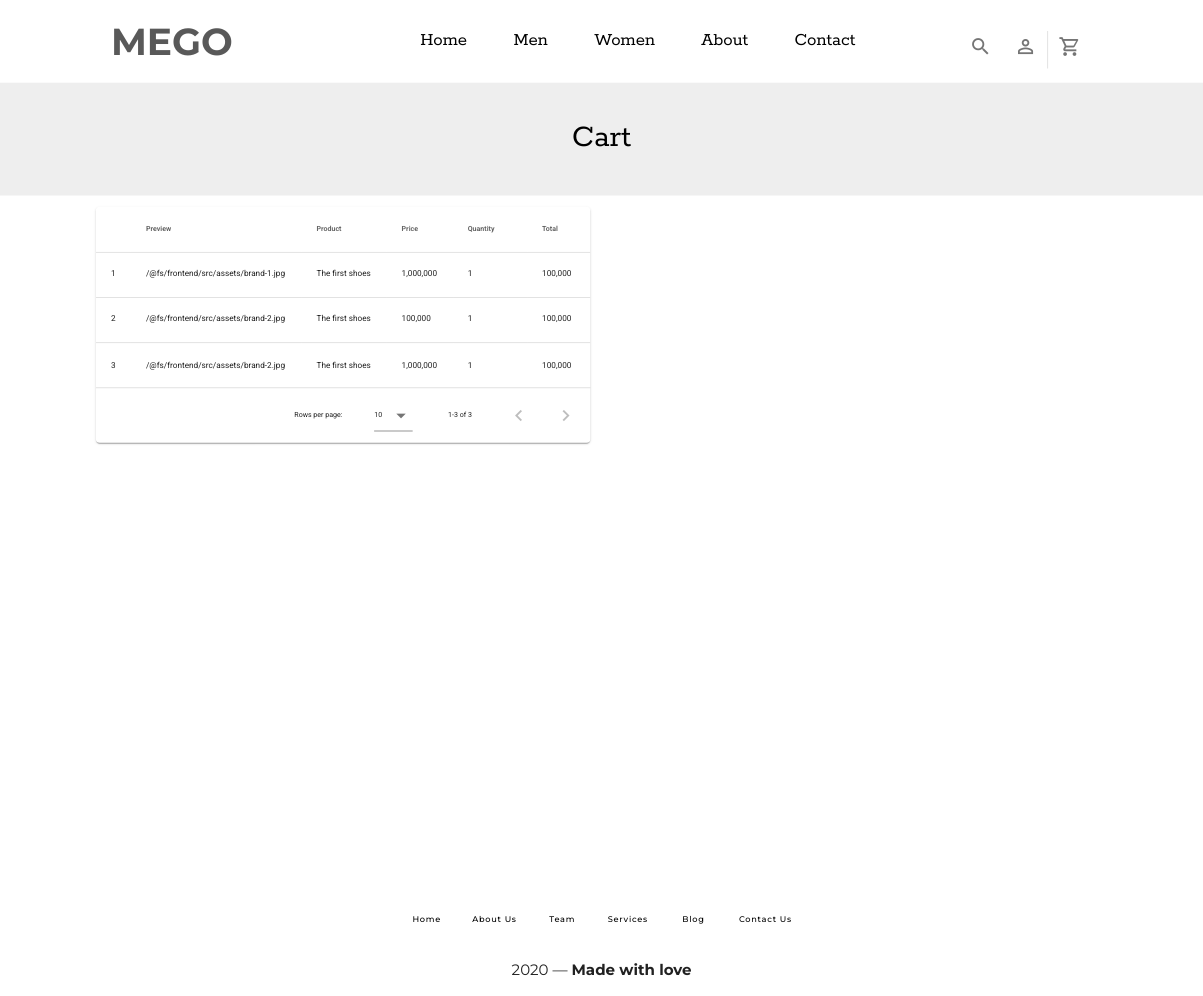
Repository: nguyenphuong152/mego-frontend
Page: /cart (app in frontend/)
The author's editor kept a copy of each file at every save. The page is drawn from the files as they stood at one save, then again after the next save.
The browser window is 1280 px wide. The pictures show the whole page, at 94% of full size.
The project was rebuilt for these pictures with package versions that can differ from the ones it lists, and the page was loaded fresh each time. Also part of the build but not shown: frontend/vue.config.js, frontend/src/components/Customer/Collection.vue, frontend/src/components/Customer/Banner.vue, frontend/src/components/Customer/BestSeller.vue, frontend/src/components/Customer/Partner.vue, frontend/src/views/Customer/Home.vue, frontend/src/components/Customer/ProductCategory.vue, frontend/src/components/Customer/ProductView.vue and 10 more. Imported but missing from the stored project, and not drawn on this page: frontend/src/views/Admin/Category.vue, frontend/src/views/Admin/ManageProduct.vue, frontend/src/views/Admin/ManageUser.vue, frontend/src/views/Admin/OrderList.vue.

Above is the page before, as saved 2020-11-28 09:33:21.

After the next save:
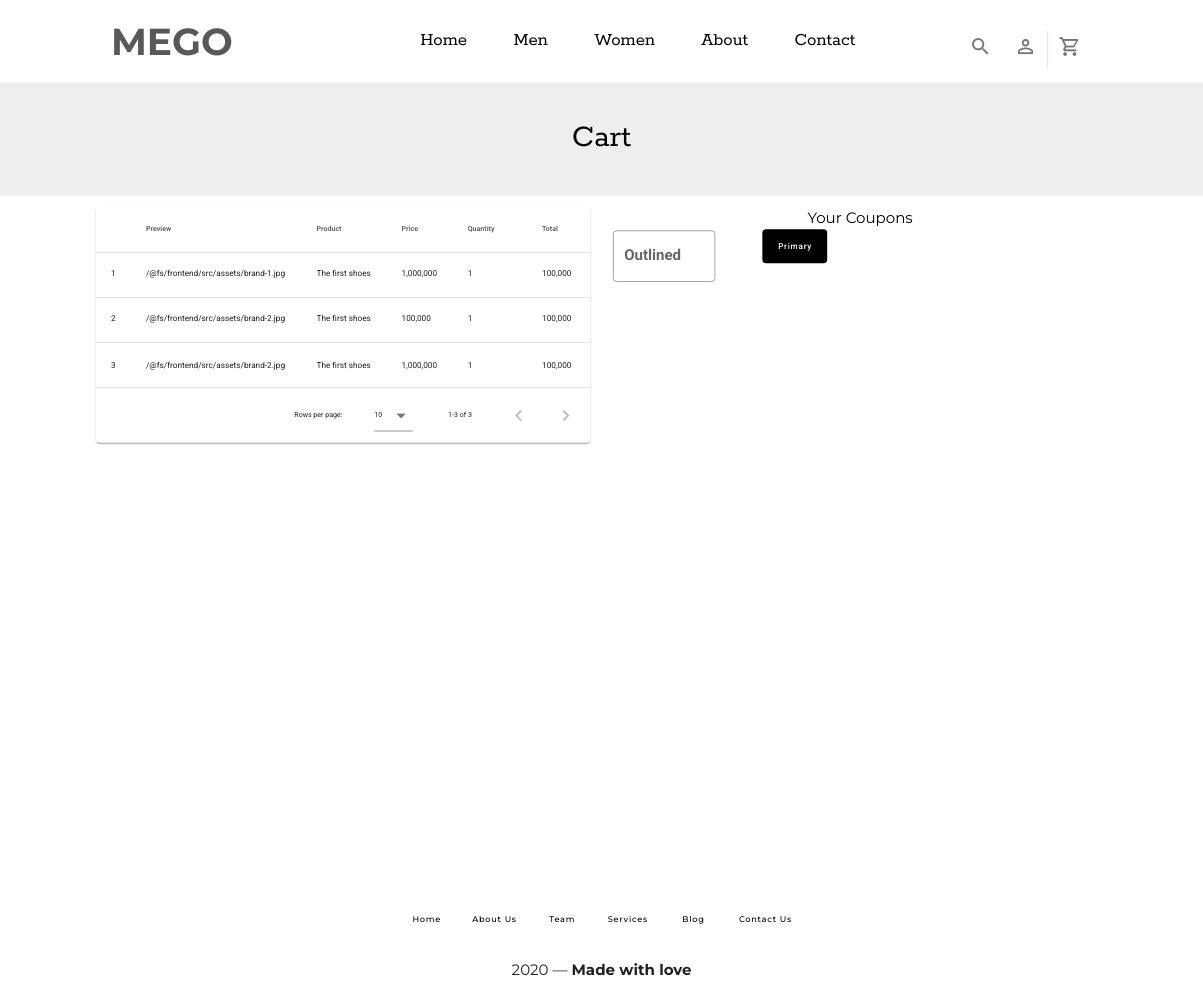
Saved 5 s later.
--- a/frontend/src/views/Customer/Cart.vue
+++ b/frontend/src/views/Customer/Cart.vue
@@ -25,7 +25,7 @@ import totalProducts from "../../components/Customer/TotalProducts";
 import addCoupons from "../../components/Customer/AddCoupon"
 
 export default {
-  components: { totalProducts },
+  components: { totalProducts, addCoupons },
   data() {},
 };
 </script>
